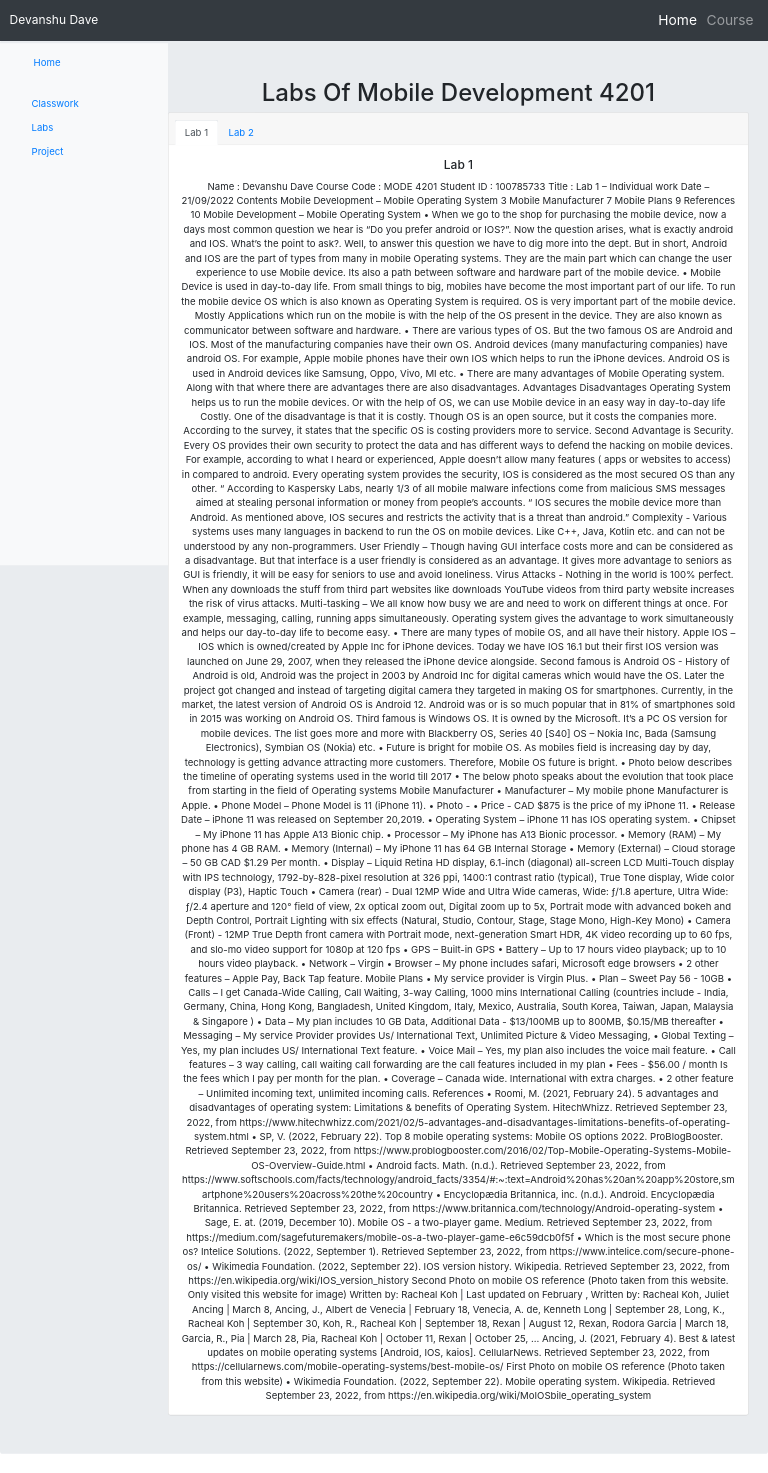
Repository: devanshudave1901/Mobile-Dev-Website
Page: labs.html
An editor plug-in stored every save of this project. The page is shown before and after a run of saves, followed by the edit.
The browser window is 1280 px wide. The pictures show the whole page, at 60% of full size.
Some web libraries are served in a nearby version.

Above is the page before, as saved 2022-10-05 15:25:46.

### labs.html
<!DOCTYPE html>
<html lang="en">
  <head>
    <meta charset="UTF-8" />
    <meta http-equiv="X-UA-Compatible" content="IE=edge" />
    <meta name="viewport" content="width=device-width, initial-scale=1.0" />
    <link
      rel="stylesheet"
      href="https://cdn.jsdelivr.net/npm/bootstrap@4.0.0/dist/css/bootstrap.min.css"
      integrity="sha384-Gn5384xqQ1aoWXA+058RXPxPg6fy4IWvTNh0E263XmFcJlSAwiGgFAW/dAiS6JXm"
      crossorigin="anonymous"
    />
    <link
      href="https://maxcdn.bootstrapcdn.com/font-awesome/4.2.0/css/font-awesome.min.css"
      rel="stylesheet"
    />
    <link rel="stylesheet" href="./css/style.css" />

    <style>
      .navbar-nav {
        margin-left: auto;
        font-size: 23px;
      }
      .welcomeHeading {
        text-shadow: 2px 2px red;
        text-align: center;
      }
      .welcomeText {
        text-align: center;
        font-family: "Sofia", sans-serif;
      }
      .featurette-heading {
        font-weight: 300;
        line-height: 1;
        letter-spacing: -0.05rem;
        margin-top: 20%;
      }
      .profileIamge {
        width: 250px;

        left: 300px;
      }
      .mobileDevProfile {
        margin-top: 10%;
        left: 100px;
      }
      .main {
        display: flex;
        flex-wrap: nowrap;
        height: 100vh;
        height: -webkit-fill-available;
        max-height: 100vh;
        overflow-x: auto;
        overflow-y: hidden;
      }
      .sideBar {
        height: 870px;
      }
    </style>
    <script
      src="https://code.jquery.com/jquery-3.2.1.slim.min.js"
      integrity="sha384-KJ3o2DKtIkvYIK3UENzmM7KCkRr/rE9/Qpg6aAZGJwFDMVNA/GpGFF93hXpG5KkN"
      crossorigin="anonymous"
    ></script>
    <script
      src="https://cdn.jsdelivr.net/npm/popper.js@1.12.9/dist/umd/popper.min.js"
      integrity="sha384-ApNbgh9B+Y1QKtv3Rn7W3mgPxhU9K/ScQsAP7hUibX39j7fakFPskvXusvfa0b4Q"
      crossorigin="anonymous"
    ></script>
    <script
      src="https://cdn.jsdelivr.net/npm/bootstrap@4.0.0/dist/js/bootstrap.min.js"
      integrity="sha384-JZR6Spejh4U02d8jOt6vLEHfe/JQGiRRSQQxSfFWpi1MquVdAyjUar5+76PVCmYl"
      crossorigin="anonymous"
    ></script>
    <title>Mobile Development - Lab 2</title>
  </head>
  <body>
    <div id="navBar">
      <nav class="navbar sticky-top navbar-expand-lg navbar-dark bg-dark">
        <a class="navbar-brand" href="#">Devanshu Dave</a>

        <div class="collapse navbar-collapse" id="navbarNavDropdown">
          <ul class="navbar-nav" mr-auto>
            <li class="nav-item active">
              <a class="nav-link" href="./index.html"
                >Home <span class="sr-only">(current)</span></a
              >
            </li>
            <li class="nav-item">
              <a class="nav-link" href="./course.html">Course</a>
            </li>
          </ul>
        </div>
      </nav>
    </div>
    <div id="sideBar">
        <div
        class="d-flex flex-column flex-shrink-0 p-3 bg-light sideBar"
        style="width: 280px"
      >
        <a
          href="/"
          class="d-flex align-items-center mb-3 mb-md-0 me-md-auto link-dark text-decoration-none"
        >
          <svg class="bi me-2" width="40" height="32">
            <use xlink:href="#bootstrap" />
          </svg>
          <span class="fs-4">Home</span>
        </a>
        <hr />
        <ul class="nav nav-pills flex-column mb-auto">
          <li>
            <a href="index.html" class="nav-link link-dark">
              <svg class="bi me-2" width="16" height="16">
                <use xlink:href="#table" />
              </svg>
              Classwork
            </a>
          </li>
          <li class="nav-item">
            <a href="labs.html" class="nav-link" aria-current="page">
              <svg class="bi me-2" width="16" height="16">
                <use xlink:href="#home" />
              </svg>
              Labs
            </a>
          </li>
          <li>
            <a href="#" class="nav-link link-dark">
              <svg class="bi me-2" width="16" height="16">
                <use xlink:href="#speedometer2" />
              </svg>
              Project
            </a>
          </li>
        </ul>
        <hr />
      </div>
      <br />
      <br />
      <br />
    </div></div>
    <div id="mainBar">
        <div class="jumbotron">
        <h1>Labs Of Mobile Development 4201</h1>

        <div class="card text-center">
            <div class="card-header">
              <ul class="nav nav-tabs card-header-tabs">
                <li class="nav-item">
                  <a class="nav-link active" href="">Lab 1</a>
                </li>
                <li class="nav-item">
                  <a class="nav-link" href="#">Lab 2</a>
                </li>

              </ul>
            </div>
            <div class="card-body">
              <h5 class="card-title">Lab 1</h5>
              <p class="card-text">








				Name : Devanshu Dave
				Course Code : MODE 4201
				Student ID : 100785733
				Title : Lab 1 – Individual work
				Date – 21/09/2022









Contents
Mobile Development – Mobile Operating System	3
Mobile Manufacturer	7
Mobile Plans	9
References	10


















Mobile Development – Mobile Operating System

•	When we go to the shop for purchasing the mobile device, now a days most common question we hear is “Do you prefer android or IOS?”. Now the question arises, what is exactly android and IOS. What’s the point to ask?. Well, to answer this question we have to dig more into the dept. But in short, Android and IOS are the part of types from many in mobile Operating systems. They are the main part which can change the user experience to use Mobile device. Its also a path between software and hardware part of the mobile device.
•	Mobile Device is used in day-to-day life. From small things to big, mobiles have become the most important part of our life. To run the mobile device OS which is also known as Operating System is required. OS is very important part of the mobile device. Mostly Applications which run on the mobile is with the help of the OS present in the device. They are also known as communicator between software and hardware.
•	 There are various types of OS. But the two famous OS are Android and IOS. Most of the manufacturing companies have their own OS. Android devices (many manufacturing companies) have android OS. For example, Apple mobile phones have their own IOS which helps to run the iPhone devices. Android OS is used in Android devices like Samsung, Oppo, Vivo, MI etc.
•	 There are many advantages of Mobile Operating system. Along with that where there are advantages there are also disadvantages.
               Advantages	             Disadvantages
Operating System helps us to run the mobile devices.  Or with the help of OS, we can use Mobile device in an easy way in day-to-day life	Costly. One of the disadvantage is that it is costly. Though OS is an open source, but it costs the companies more. According to the survey, it states that the specific OS is costing providers more to service.
Second Advantage is Security. Every OS provides their own security to protect the data and has different ways to defend the hacking on mobile devices. For example, according to what I heard or experienced, Apple doesn’t allow many features ( apps or websites to access) in compared to android. Every operating system provides the security, IOS is considered as the most secured OS than any other.  “ According to Kaspersky Labs, nearly 1/3 of all mobile malware infections come from malicious SMS messages aimed at stealing personal information or money from people’s accounts. “ IOS secures the mobile device more than Android. As mentioned above, IOS secures and restricts the activity that is a threat than android.”	  Complexity -  Various systems uses many languages in backend to run the OS on mobile devices. Like C++, Java, Kotlin etc. and can not be understood by any non-programmers.
User Friendly – Though having GUI interface costs more and can be considered as a disadvantage. But that interface is a user friendly is considered as an advantage. It gives more advantage to seniors as GUI is friendly, it will be easy for seniors to use and avoid loneliness.	Virus Attacks -  Nothing in the world is 100% perfect.  When any downloads the stuff from third part websites like downloads YouTube videos from third party website increases the risk of virus attacks.
Multi-tasking – We all know how busy we are and need to work on different things at once. For example, messaging, calling, running apps simultaneously. Operating system gives the advantage to work simultaneously and helps our day-to-day life to become easy.

•	There are many types of mobile OS, and all have their history.  Apple IOS – IOS which is owned/created by Apple Inc for iPhone devices.  Today we have IOS 16.1 but their first IOS version was launched on June 29, 2007, when they released  the iPhone device alongside.  Second famous is Android  OS -  History of Android is old, Android was  the project in 2003 by Android Inc for digital cameras which would have the OS. Later the project got changed and instead of targeting digital camera they targeted in making OS for smartphones. Currently, in the market, the latest version of Android OS is Android 12. Android was or is so much popular that in 81% of smartphones sold in 2015 was working on Android OS. Third famous is Windows OS. It is owned by the Microsoft. It’s a PC OS version for mobile devices. The list goes more and more with Blackberry OS, Series 40 [S40] OS – Nokia Inc, Bada (Samsung Electronics), Symbian OS (Nokia) etc.
•	Future is bright for mobile OS. As mobiles field is increasing day by day, technology is getting advance attracting more customers. Therefore, Mobile OS future is bright.
•	Photo below describes the timeline of operating systems used in the world till 2017

•	The below photo speaks about the evolution that took place from starting in the field of Operating systems







Mobile Manufacturer

•	Manufacturer – My mobile phone Manufacturer is Apple.
•	Phone Model – Phone Model is 11 (iPhone 11).

•	Photo -

•	Price -   CAD $875 is the price of my iPhone 11.
•	Release Date – iPhone 11 was released on September 20,2019.
•	Operating System – iPhone 11 has IOS operating system.
•	Chipset – My iPhone 11 has Apple A13 Bionic chip.
•	Processor – My iPhone has  A13 Bionic processor.
•	Memory (RAM) – My phone has 4 GB RAM.
•	Memory (Internal) –  My iPhone 11 has 64 GB Internal Storage
•	Memory (External) – Cloud storage – 50 GB CAD $1.29 Per month.
•	Display –  Liquid Retina HD display, 6.1-inch (diagonal) all-screen LCD Multi-Touch display with IPS technology, 1792-by-828-pixel resolution at 326 ppi, 1400:1 contrast ratio (typical), True Tone display, Wide color display (P3), Haptic Touch
•	Camera (rear)  - Dual 12MP Wide and Ultra Wide cameras, Wide: ƒ/1.8 aperture, Ultra Wide: ƒ/2.4 aperture and 120° field of view, 2x optical zoom out, Digital zoom up to 5x, Portrait mode with advanced bokeh and Depth Control, Portrait Lighting with six effects (Natural, Studio, Contour, Stage, Stage Mono, High-Key Mono)
•	Camera (Front)  - 12MP True Depth front camera with Portrait mode, next-generation Smart HDR, 4K video recording up to 60 fps, and slo-mo video support for 1080p at 120 fps
•	GPS – Built-in GPS
•	Battery – Up to 17 hours video playback; up to 10 hours video playback.
•	Network – Virgin
•	Browser – My phone includes safari, Microsoft edge browsers
•	2 other features – Apple Pay, Back Tap feature.





























Mobile Plans
•	My service provider is Virgin Plus.
•	Plan –  Sweet Pay 56 - 10GB
•	Calls – I get Canada-Wide Calling, Call Waiting, 3-way Calling, 1000 mins International Calling (countries include  - India, Germany, China, Hong Kong, Bangladesh, United Kingdom, Italy, Mexico, Australia, South Korea, Taiwan, Japan, Malaysia & Singapore )
•	Data – My plan includes 10 GB Data, Additional Data - $13/100MB up to 800MB, $0.15/MB thereafter
•	Messaging – My service Provider provides Us/ International Text, Unlimited Picture & Video Messaging,
•	Global Texting – Yes, my plan includes US/ International Text feature.
•	Voice Mail – Yes, my plan also includes the voice mail feature.
•	Call features – 3 way calling, call waiting call forwarding are the call features included in my plan
•	Fees - $56.00 / month Is the fees which I pay per month for the plan.
•	Coverage – Canada wide. International with extra charges.
•	2 other feature – Unlimited incoming text, unlimited incoming calls.
















References

•	Roomi, M. (2021, February 24). 5 advantages and disadvantages of operating system: Limitations & benefits of Operating System. HitechWhizz. Retrieved September 23, 2022, from https://www.hitechwhizz.com/2021/02/5-advantages-and-disadvantages-limitations-benefits-of-operating-system.html
•	SP, V. (2022, February 22). Top 8 mobile operating systems: Mobile OS options 2022. ProBlogBooster. Retrieved September 23, 2022, from https://www.problogbooster.com/2016/02/Top-Mobile-Operating-Systems-Mobile-OS-Overview-Guide.html
•	Android facts. Math. (n.d.). Retrieved September 23, 2022, from https://www.softschools.com/facts/technology/android_facts/3354/#:~:text=Android%20has%20an%20app%20store,smartphone%20users%20across%20the%20country
•	Encyclopædia Britannica, inc. (n.d.). Android. Encyclopædia Britannica. Retrieved September 23, 2022, from https://www.britannica.com/technology/Android-operating-system
•	Sage, E. at. (2019, December 10). Mobile OS - a two-player game. Medium. Retrieved September 23, 2022, from https://medium.com/sagefuturemakers/mobile-os-a-two-player-game-e6c59dcb0f5f
•	Which is the most secure phone os? Intelice Solutions. (2022, September 1). Retrieved September 23, 2022, from https://www.intelice.com/secure-phone-os/
•	Wikimedia Foundation. (2022, September 22). IOS version history. Wikipedia. Retrieved September 23, 2022, from https://en.wikipedia.org/wiki/IOS_version_history



Second Photo on mobile OS reference  (Photo taken from this website. Only visited this website for image)
Written by: Racheal Koh | Last updated on February , Written by: Racheal Koh, Juliet Ancing | March 8, Ancing, J., Albert de Venecia | February 18, Venecia, A. de, Kenneth Long | September 28, Long, K., Racheal Koh | September 30, Koh, R., Racheal Koh | September 18, Rexan | August 12, Rexan, Rodora Garcia | March 18, Garcia, R., Pia | March 28, Pia, Racheal Koh | October 11, Rexan | October 25, … Ancing, J. (2021, February 4). Best & latest updates on mobile operating systems [Android, IOS, kaios]. CellularNews. Retrieved September 23, 2022, from https://cellularnews.com/mobile-operating-systems/best-mobile-os/


First Photo on mobile OS reference  (Photo taken from this website)

•	Wikimedia Foundation. (2022, September 22). Mobile operating system. Wikipedia. Retrieved September 23, 2022, from https://en.wikipedia.org/wiki/MoIOSbile_operating_system



</p>

            </div>
          </div>
      </div></div>
  </body>
</html>

### css/style.css
#sideBar {
  height: 570px;
  margin-top: 5px;
  float: left;
  /* text-align: center; */
}

#mainBar {
  text-align: center;
}

After the next 2 saves:
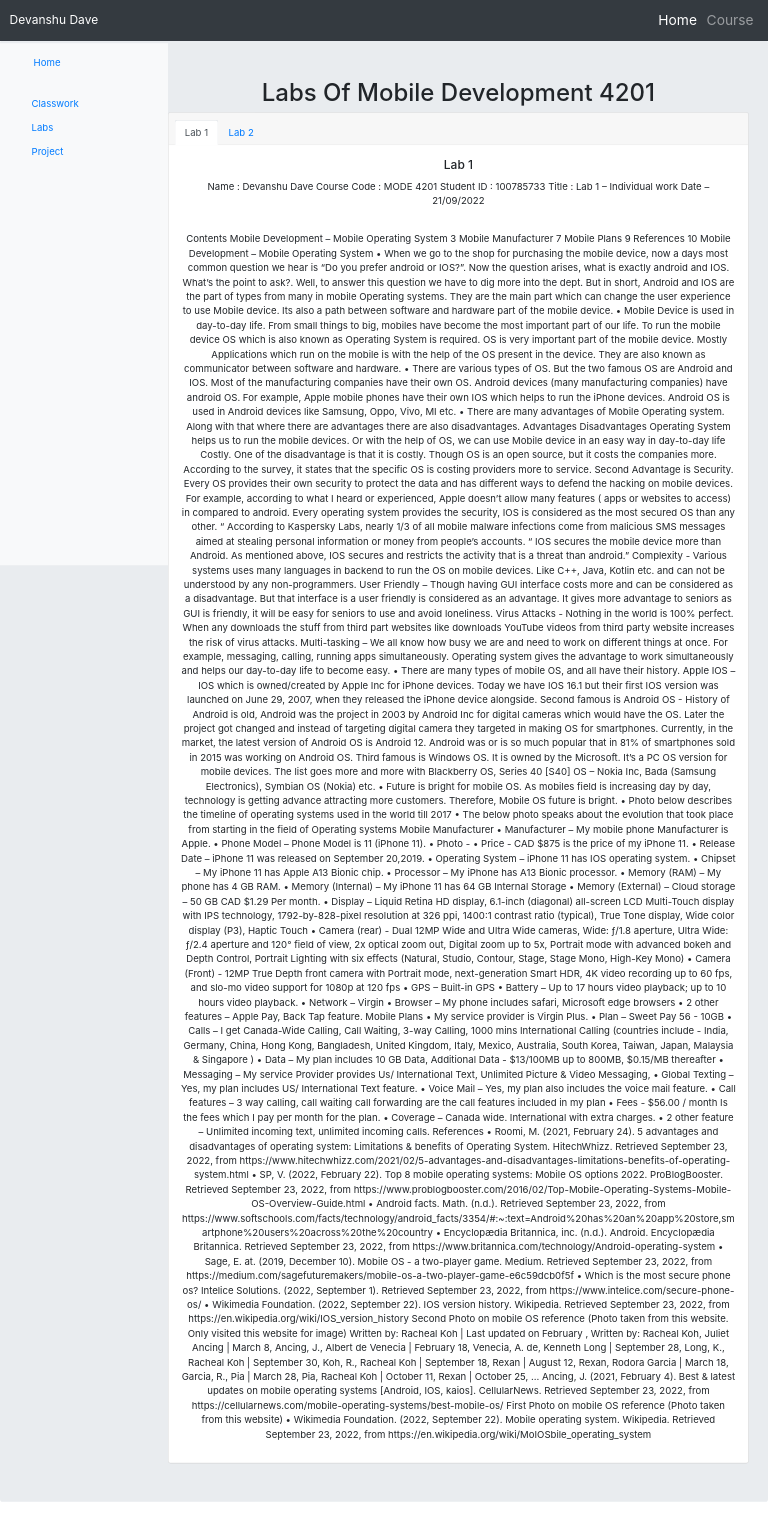
The 2 saves are shown as one change because they came seconds apart.
The last was saved 81 s later.
--- a/labs.html
+++ b/labs.html
@@ -172,6 +172,9 @@
 				Student ID : 100785733
 				Title : Lab 1 – Individual work
 				Date – 21/09/2022
+              </p>
+              <br/>
+              <p>
 
 
 
